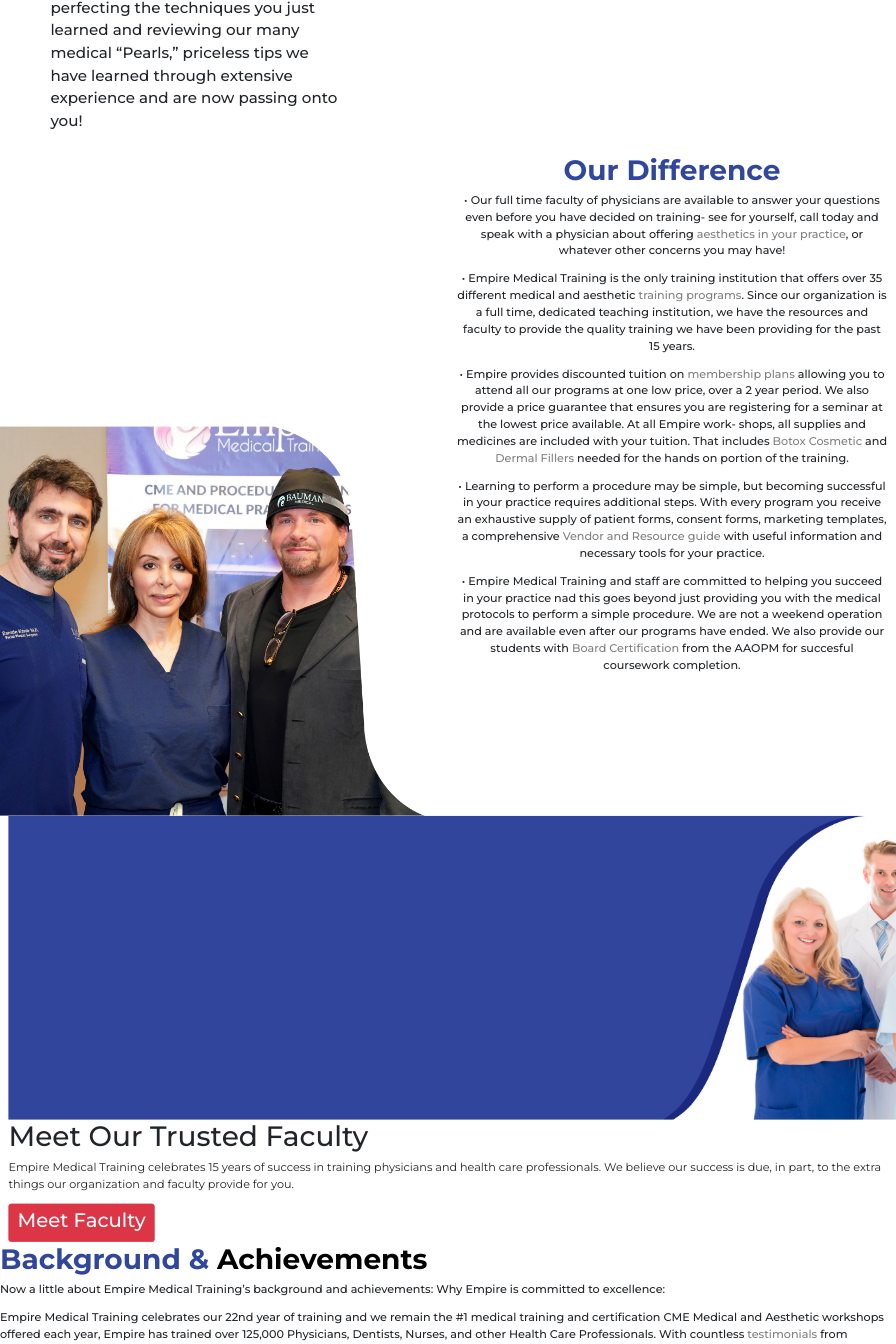
Repository: jorgi710/BODY-CONTOURING-INJECTABLES-AND-ADJUNCT-PROCEDURES
Page: our quarantee/file/src/index.html
An editor plug-in stored every save of this project. The page is shown before and after the next save, followed by the edit.
The browser window is 1280 px wide. The pictures show the part of the page from y = 1298 to 3218 px (the page is 7030 px tall before and 6844 px after), at 70% of full size.

Above is the page before, as saved 2021-04-06 09:07:09.

After the next save:
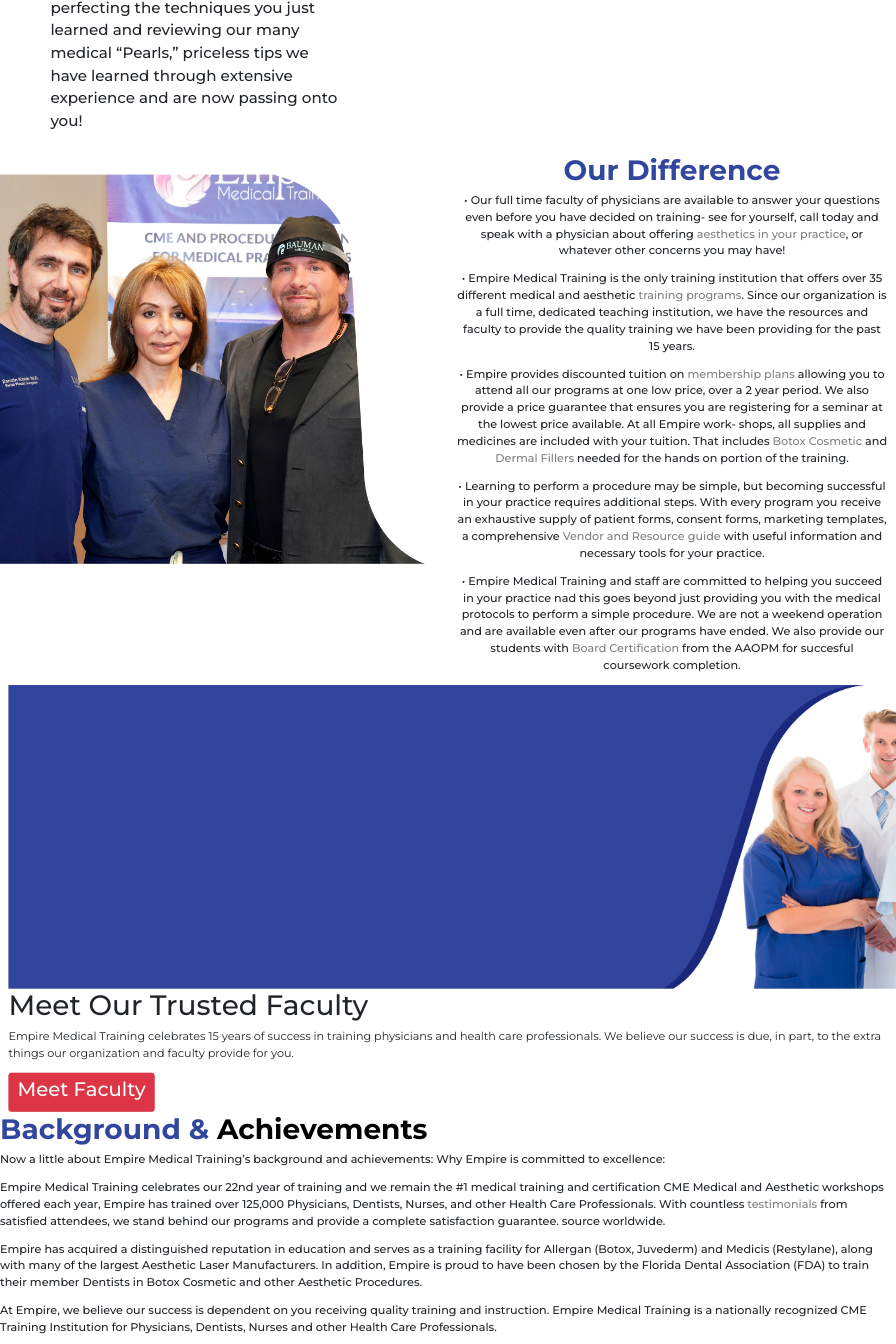
Saved 6 s later.
--- a/our quarantee/file/css/style.css
+++ b/our quarantee/file/css/style.css
@@ -58,5 +58,5 @@
 }
 .section_1 .row .col-md-6 img {
   width: 100%;
-  padding-top: 52vmin;
+  padding-top: 2vmin;
 }
